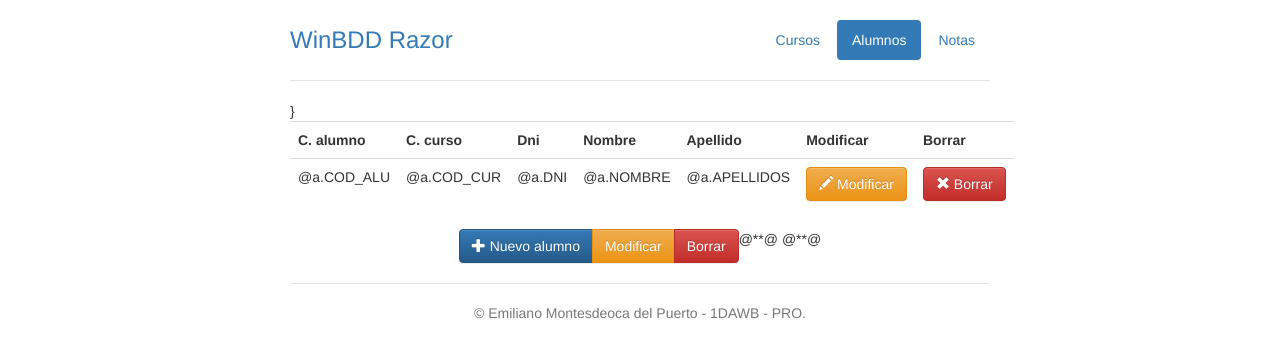
Repository: emontesdeoc/1DAWB
Page: http://localhost/Eclipse/views/alumnos.php
These files come from the project's save history. The page is drawn as it stood at one moment and after the next save; the edit follows.
The browser window is 1280 px wide. The pictures show the whole page.
The page is run by PHP 8.4 with error messages shown; the project is at /var/www/html/. Queries for data that is not in the repository find no rows.

Above is the page before, as saved 2017-05-22 10:32:56.

### PRO/Tercer trimestre/Practica/Eclipse/PracticaPHP/views/alumnos.php
<!DOCTYPE html>
<html>
<head>
    <title>PHP - Alumnos</title>
    <link href="assets/css/bootstrap.css" rel="stylesheet">
    <link href="assets/css/bootstrap-theme.css" rel="stylesheet">
    <link href="assets/css/style.css" rel="stylesheet">
    <meta name="viewport" content="width=device-width, initial-scale=1">
</head>
<body>

<?php
session_start();

if(isset($_SESSION['skip'])) {
	$skip = (int)$_SESSION ['skip'];
}else {
	$skip = 0;
}

if (isset ( $_POST ["cambiocur"] )) {
	switch ($_POST ["cambiocur"]) {
		case "|<" :
			$skip = 0;
			break;
		case "<<" :
				$skip--;
			break;
		case ">>" :
			$skip++;
			break;
		case ">|" :
			$skip = 10000;
			break;
	}
}

$mysqli2 = new mysqli ( "localhost", "root", "", "ocupacional" );
$mysqli2->set_charset ( "utf8" );
$result2 = $mysqli2->query ( "select * from cursos" );
$rowCount = $result2->num_rows;

if($skip < 0){
	$_SESSION['skip'] = 0;
	$skip = 0;

}else
{
	$_SESSION['skip'] = $skip;
	$skip = (int)$skip;
}
if((int)$skip > (int)$rowCount -1)
{
	$_SESSION['skip'] = $rowCount -1;
	$skip = (int)$rowCount -1;
}

$mysqli = new mysqli ( "localhost", "root", "", "ocupacional" );
$mysqli->set_charset ( "utf8" );
$result = $mysqli->query ( "select * from cursos limit $skip,1" );

$row = $result->fetch_row();

?>

    <div class="container">
        <div class="header clearfix">
            <nav>
                <ul class="nav nav-pills pull-right">
                    <li role="presentation"><a href="cursos.php">Cursos</a></li>
                    <li role="presentation" class="active"><a href="alumnos.php">Alumnos</a></li>
                    <li role="presentation"><a href="notas.php">Notas</a></li>
                </ul>
            </nav>
            <h3 class="text-muted"><a href="../index.html"> WinBDD Razor </a></h3>
        </div>
        <!-- @* Cursos contenedor *@ -->
        <div id="form-container" style="width:100%;">
            <form method="post" action="">
                <table class="table table-hover" style="margin-bottom: 0px;">
                    <tr>
                        <th>C. alumno</th>
                        <th>C. curso</th>
                        <th>Dni</th>
                        <th>Nombre</th>
                        <th>Apellido</th>
                        <th>Modificar</th>
                        <th>Borrar</th>
                    </tr>

                    <!-- @foreach (WinBDDRazor.bd.ALUMNO a in new WinBDDRazor.logic.alumnos().GetAllAlumnos().OrderBy(x => x.COD_ALU).Skip(Convert.ToInt32(Session["Pagination"]) * 5).Take(5).ToList())
                    { -->
                        <tr>
                            <td>@a.COD_ALU</td>
                            <td>@a.COD_CUR</td>
                            <td>@a.DNI</td>
                            <td>@a.NOMBRE</td>
                            <td>@a.APELLIDOS</td>
                            <td><button type="button" class="btn btn-warning" data-toggle="modal" data-target=".bs-modificar-modal-sm" onclick="CargarModificar('@a.COD_ALU', '@a.COD_CUR', '@a.DNI', '@a.APELLIDOS', '@a.NOMBRE');"><span class="glyphicon glyphicon-pencil" aria-hidden="true"></span> Modificar</button></td>
                            <td><button type="button" class="btn btn-danger" data-toggle="modal" data-target=".bs-borrar-modal-sm" onclick="CargarBorrar('@a.COD_ALU', '@a.COD_CUR', '@a.DNI', '@a.APELLIDOS', '@a.NOMBRE');"><span class="glyphicon glyphicon-remove" aria-hidden="true"></span> Borrar</button></td>
                        </tr>
                    }
                </table>
                <div class="text-center">
                    <div class="btn-group" role="group" aria-label="..." style="margin-bottom:10px;">

                        <!-- @for (int i = 1; i <= new WinBDDRazor.logic.alumnos().GetAllAlumnos().Count / 5 + 1; i++)
                        {

                            if (i < (new WinBDDRazor.logic.alumnos().GetAllAlumnos().Count / 5) + 1)
                            {
                                @*<button type="submit" class="btn btn-default" name="CargaPaginaAlumnos" value="@i">@i</button>*@
                                <button type="submit" class="btn btn-default" name="CargaPaginaAlumnos" value="@i">@i</button>
                            }

                            if (i == new WinBDDRazor.logic.alumnos().GetAllAlumnos().Count / 5 + 1)
                            {
                                string a = Convert.ToDouble(new WinBDDRazor.logic.alumnos().GetAllAlumnos().Count / 5.00).ToString();
                                string[] ar = a.Split(',');
                                try
                                {
                                    if (Convert.ToInt32(ar[1]) > 0)
                                    {
                                        @*<button type="submit" class="btn btn-default" name="CargaPaginaAlumnos" value="@i">@i</button>*@
                                        <button type="submit" class="btn btn-default" name="CargaPaginaAlumnos" value="@i">@i</button>
                                    }
                                }
                                catch (Exception)
                                {

                                }
                            }
                        } -->
                    </div>
                </div>

            </form>
            <div class="text-center">
                <div class="btn-group" style="text-align:center;">
                    <button type="button" class="btn btn-primary" data-toggle="modal" data-target=".bs-nuevo-modal-sm"><span class="glyphicon glyphicon-plus" aria-hidden="true"></span> Nuevo alumno</button>
                    @*<button type="submit" class="btn btn-warning" data-toggle="modal" data-target=".bs-modificar-modal-sm">Modificar</button>*@
                    @*<button type="submit" class="btn btn-danger" data-toggle="modal" data-target=".bs-borrar-modal-sm">Borrar</button>*@
                </div>
            </div>


        </div>

        <!-- @* Modal nuevo curso *@ -->
        <div class="modal fade bs-nuevo-modal-sm" tabindex="-1" role="dialog" aria-labelledby="mySmallModalLabel">
            <div class="modal-dialog modal-sm" role="document">
                <div class="modal-content">
                    <div class="text-center">
                        <h2>Nuevo alumno</h2>
                    </div>
                    <div id="modal-form-container">
                        <form method="post" action="">
                            <div class="form-group">
                                <label for="cod_alu">Codigo de alumno</label>
                                <input type="text" class="form-control" id="cod_alu" placeholder="Codigo de alumno" name="nuevo_codalu">
                            </div>
                            <div class="form-group">
                                <label for="cod_cur">Codigo de curso</label>
                                <select class="form-control" name="nuevo_codcur" id="cod_cur">
                                    <!-- @foreach (WinBDDRazor.bd.CURSO c in new WinBDDRazor.logic.cursos().GetAllCursos())
                                    { -->
                                    <option value="@c.COD_CUR">@c.DESCRIPCION</option>
                                    <!-- } -->
                                </select>
                            </div>
                            <div class="form-group">
                                <label for="dni">DNI</label>
                                <input type="text" class="form-control" id="dni" placeholder="DNI" name="nuevo_dni">
                            </div>
                            <div class="form-group">
                                <label for="apellidos">Apellidos</label>
                                <input type="text" class="form-control" id="apellidos" placeholder="Apellidos" name="nuevo_apellido">
                            </div>
                            <div class="form-group">
                                <label for="nombre">Nombre</label>
                                <input type="text" class="form-control" id="nombre" placeholder="Nombre" name="nuevo_nombre">
                            </div>
                            <div class="text-center">
                                <div class="form-group btn-group" style="margin-bottom: -15px;">
                                    <button type="submit" class="btn btn-success" name="nuevo_confirmar"><span class="glyphicon glyphicon-ok" aria-hidden="true"></span> Confirmar</button>
                                </div>
                            </div>

                        </form>
                    </div>
                </div>
            </div>
        </div>

        <!-- @* Modal modificar curso *@ -->
        <div class="modal fade bs-modificar-modal-sm" tabindex="-1" role="dialog" aria-labelledby="mySmallModalLabel">
            <div class="modal-dialog modal-sm" role="document">
                <div class="modal-content">
                    <div class="text-center">
                        <h2>Modificar alumno</h2>
                    </div>
                    <div id="modal-form-container">
                        <form method="post" action="">
                            <div class="form-group">
                                <label for="cod_alu">Codigo de alumno</label>
                                <input type="text" class="form-control" id="modificar_cod_alu" placeholder="Codigo de alumno" name="modificar_codalu" value="" readonly />
                            </div>
                            <div class="form-group">
                                <label for="cod_cur">Codigo de curso</label>
                                <select class="form-control" name="modificar_codcur" id="modificar_cod_cur">
                                    <!-- @foreach (WinBDDRazor.bd.CURSO c in new WinBDDRazor.logic.cursos().GetAllCursos())
                                    { -->
                                    <option value="@c.COD_CUR">@c.DESCRIPCION</option>
                                    <!-- } -->
                                </select>
                            </div>
                            <div class="form-group">
                                <label for="dni">DNI</label>
                                <input type="text" class="form-control" id="modificar_dni" placeholder="DNI" name="modificar_dni" value="" />
                            </div>
                            <div class="form-group">
                                <label for="apellidos">Apellidos</label>
                                <input type="text" class="form-control" id="modificar_apellidos" placeholder="Apellidos" name="modificar_apellido" value="" />
                            </div>
                            <div class="form-group">
                                <label for="nombre">Nombre</label>
                                <input type="text" class="form-control" id="modificar_nombre" placeholder="Nombre" name="modificar_nombre" value="" />
                            </div>
                            <div class="text-center">
                                <div class="form-group btn-group" style="margin-bottom: -15px;">
                                    <button type="submit" class="btn btn-success" name="modificar_confirmar"><span class="glyphicon glyphicon-ok" aria-hidden="true"></span> Confirmar</button>
                                </div>
                            </div>
                        </form>
                    </div>
                </div>
            </div>
        </div>

        <!-- @* Modal borrar curso *@ -->
        <div class="modal fade bs-borrar-modal-sm" tabindex="-1" role="dialog" aria-labelledby="mySmallModalLabel">
            <div class="modal-dialog modal-sm" role="document">
                <div class="modal-content">
                    <div class="text-center">
                        <h2>Borrar alumno</h2>
                    </div>
                    <div id="modal-form-container">
                        <form method="post" action="">
                            <div class="form-group">
                                <label for="cod_alu">Codigo de alumno</label>
                                <input type="text" class="form-control" id="borrar_cod_alu" placeholder="Codigo de alumno" name="borrar_codalu" value="" readonly />
                            </div>
                            <div class="form-group">
                                <label for="cod_cur">Codigo de curso</label>
                                <select class="form-control" name="borrar_codcur" id="borrar_cod_cur" readonly>
                                    <!-- @foreach (WinBDDRazor.bd.CURSO c in new WinBDDRazor.logic.cursos().GetAllCursos())
                                    { -->
                                    <option value="@c.COD_CUR">@c.DESCRIPCION</option>
                                    <!-- } -->
                                </select>
                            </div>
                            <div class="form-group">
                                <label for="dni">DNI</label>
                                <input type="text" class="form-control" id="borrar_dni" placeholder="DNI" name="borrar_dni" value="" readonly />
                            </div>
                            <div class="form-group">
                                <label for="apellidos">Apellidos</label>
                                <input type="text" class="form-control" id="borrar_apellidos" placeholder="Apellidos" name="borrar_apellido" value="" readonly />
                            </div>
                            <div class="form-group">
                                <label for="nombre">Nombre</label>
                                <input type="text" class="form-control" id="borrar_nombre" placeholder="Nombre" name="borrar_nombre" value="" readonly />
                            </div>
                            <div class="form-group">
                                <div class="checkbox">
                                    <label>
                                        <input type="checkbox" name="eliminar_checkbox" value="option1" aria-label="...">
                                        Confirmar para borrar curso
                                    </label>
                                </div>
                            </div>
                            <div class="text-center">
                                <div class="form-group btn-group" style="margin-bottom: -15px;">
                                    <button type="submit" class="btn btn-danger" name="borrar_confirmar"><span class="glyphicon glyphicon-remove" aria-hidden="true"></span> Confirmar</button>
                                </div>
                            </div>
                        </form>
                    </div>
                </div>
            </div>
        </div>

        <footer class="footer">
            <p style="text-align:center">&copy; Emiliano Montesdeoca del Puerto - 1DAWB - PRO.</p>
        </footer>
    </div>
    <!-- /container -->
    <!-- jQuery (necessary for Bootstrap's JavaScript plugins) -->
    <script src="https://ajax.googleapis.com/ajax/libs/jquery/1.12.4/jquery.min.js"></script>
    <!-- Include all compiled plugins (below), or include individual files as needed -->
    <script src="assets/js/bootstrap.js"></script>

    <!-- @* Javascript necesario para no hacer postback *@ -->
    <script type="text/javascript" language="javascript">
        function CargarModificar(codalu, codcur, dni, apellidos, nombre) {
            document.getElementById("modificar_cod_alu").setAttribute('value', codalu);
            document.getElementById("modificar_cod_cur").setAttribute('value', codcur);
            document.getElementById("modificar_dni").setAttribute('value', dni);
            document.getElementById("modificar_apellidos").setAttribute('value', apellidos);
            document.getElementById("modificar_nombre").setAttribute('value', nombre);

            var element = document.getElementById('modificar_cod_cur');
            element.value = codcur;
        }
    </script>

    <!-- @* Javascript necesario para no hacer postback *@ -->
    <script type="text/javascript" language="javascript">
        function CargarBorrar(codalu, codcur, dni, apellidos, nombre) {
            document.getElementById("borrar_cod_alu").setAttribute('value', codalu);
            document.getElementById("borrar_cod_cur").setAttribute('value', codcur);
            document.getElementById("borrar_dni").setAttribute('value', dni);
            document.getElementById("borrar_apellidos").setAttribute('value', apellidos);
            document.getElementById("borrar_nombre").setAttribute('value', nombre);

            var element = document.getElementById('borrar_cod_cur');
            element.value = codcur;
        }
    </script>
</body>
</html>

### PRO/Tercer trimestre/Practica/Eclipse/PracticaPHP/views/assets/css/style.css
/* Space out content a bit */
body {
    padding-top: 20px;
    padding-bottom: 20px;
}

/* Everything but the jumbotron gets side spacing for mobile first views */
.header,
.marketing,
.footer {
    padding-right: 15px;
    padding-left: 15px;
}

/* Custom page header */
.header {
    padding-bottom: 20px;
    border-bottom: 1px solid #e5e5e5;
}
    /* Make the masthead heading the same height as the navigation */
    .header h3 {
        margin-top: 0;
        margin-bottom: 0;
        line-height: 40px;
    }

/* Custom page footer */
.footer {
    padding-top: 19px;
    color: #777;
    border-top: 1px solid #e5e5e5;
}

#form-container {
    width: 43%;
    margin: 0 auto;
    margin-bottom: 20px;
}

#modal-form-container {
    margin: 0 auto;
    margin-bottom: 20px;
    padding: 20px;
}

/* Customize container */
@media (min-width: 768px) {
    .container {
        max-width: 730px;
    }
}

.container-narrow > hr {
    margin: 30px 0;
}

/* Main marketing message and sign up button */
.jumbotron {
    text-align: center;
    border-bottom: 1px solid #e5e5e5;
}

    .jumbotron .btn {
        padding: 7px 17px;
        font-size: 17px;
    }

/* Supporting marketing content */
.marketing {
    margin: 40px 0;
}

    .marketing p + h4 {
        margin-top: 28px;
    }

/* Responsive: Portrait tablets and up */
@media screen and (min-width: 768px) {
    /* Remove the padding we set earlier */
    .header,
    .marketing,
    .footer {
        padding-right: 0;
        padding-left: 0;
    }
    /* Space out the masthead */
    .header {
        margin-bottom: 20px;
    }
    /* Remove the bottom border on the jumbotron for visual effect */
    .jumbotron {
        border-bottom: 0;
    }
}

Loaded but not shown: PRO/Tercer trimestre/Practica/Eclipse/PracticaPHP/views/assets/css/bootstrap.css (library); PRO/Tercer trimestre/Practica/Eclipse/PracticaPHP/views/assets/css/bootstrap-theme.css (library); PRO/Tercer trimestre/Practica/Eclipse/PracticaPHP/views/assets/js/bootstrap.js (library)

After the next save:
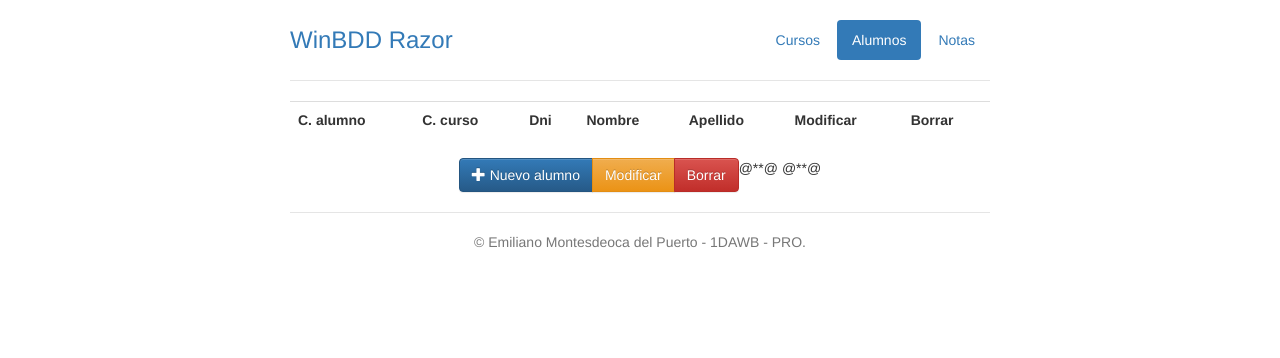
Saved 8 min 26 s later.
--- a/PRO/Tercer trimestre/Practica/Eclipse/PracticaPHP/views/alumnos.php
+++ b/PRO/Tercer trimestre/Practica/Eclipse/PracticaPHP/views/alumnos.php
@@ -12,52 +12,10 @@
 <?php
 session_start();
 
-if(isset($_SESSION['skip'])) {
-	$skip = (int)$_SESSION ['skip'];
-}else {
-	$skip = 0;
-}
-
-if (isset ( $_POST ["cambiocur"] )) {
-	switch ($_POST ["cambiocur"]) {
-		case "|<" :
-			$skip = 0;
-			break;
-		case "<<" :
-				$skip--;
-			break;
-		case ">>" :
-			$skip++;
-			break;
-		case ">|" :
-			$skip = 10000;
-			break;
-	}
-}
-
-$mysqli2 = new mysqli ( "localhost", "root", "", "ocupacional" );
-$mysqli2->set_charset ( "utf8" );
-$result2 = $mysqli2->query ( "select * from cursos" );
-$rowCount = $result2->num_rows;
-
-if($skip < 0){
-	$_SESSION['skip'] = 0;
-	$skip = 0;
-
-}else
-{
-	$_SESSION['skip'] = $skip;
-	$skip = (int)$skip;
-}
-if((int)$skip > (int)$rowCount -1)
-{
-	$_SESSION['skip'] = $rowCount -1;
-	$skip = (int)$rowCount -1;
-}
-
 $mysqli = new mysqli ( "localhost", "root", "", "ocupacional" );
 $mysqli->set_charset ( "utf8" );
-$result = $mysqli->query ( "select * from cursos limit $skip,1" );
+$result = $mysqli->query ( "select * from alumnos" );
+$rowCount = $result->num_rows;
 
 $row = $result->fetch_row();
 
@@ -88,18 +46,21 @@ $row = $result->fetch_row();
                         <th>Borrar</th>
                     </tr>
 
-                    <!-- @foreach (WinBDDRazor.bd.ALUMNO a in new WinBDDRazor.logic.alumnos().GetAllAlumnos().OrderBy(x => x.COD_ALU).Skip(Convert.ToInt32(Session["Pagination"]) * 5).Take(5).ToList())
-                    { -->
-                        <tr>
-                            <td>@a.COD_ALU</td>
-                            <td>@a.COD_CUR</td>
-                            <td>@a.DNI</td>
-                            <td>@a.NOMBRE</td>
-                            <td>@a.APELLIDOS</td>
-                            <td><button type="button" class="btn btn-warning" data-toggle="modal" data-target=".bs-modificar-modal-sm" onclick="CargarModificar('@a.COD_ALU', '@a.COD_CUR', '@a.DNI', '@a.APELLIDOS', '@a.NOMBRE');"><span class="glyphicon glyphicon-pencil" aria-hidden="true"></span> Modificar</button></td>
-                            <td><button type="button" class="btn btn-danger" data-toggle="modal" data-target=".bs-borrar-modal-sm" onclick="CargarBorrar('@a.COD_ALU', '@a.COD_CUR', '@a.DNI', '@a.APELLIDOS', '@a.NOMBRE');"><span class="glyphicon glyphicon-remove" aria-hidden="true"></span> Borrar</button></td>
-                        </tr>
+                    <?php
+
+                    while($results = mysqli_fetch_assoc($result)) {
+                    	printf("<tr>");
+                    	printf("<td>@a.COD_ALU</td>");
+                    	printf("<td>@a.COD_CUR</td>");
+                    	printf("<td>@a.DNI</td>");
+                    	printf("<td>@a.NOMBRE</td>");
+                    	printf("<td>@a.APELLIDOS</td>");
+                    	printf("<td><button type=\"button\" class=\"btn btn-warning\" data-toggle=\"modal\" data-target=\".bs-modificar-modal-sm\" onclick=\"CargarModificar('@a.COD_ALU', '@a.COD_CUR', '@a.DNI', '@a.APELLIDOS', '@a.NOMBRE');\"><span class=\"glyphicon glyphicon-pencil\" aria-hidden=\"true\"></span> Modificar</button></td>");
+                    	printf("<td><button type=\"button\" class=\"btn btn-danger\" data-toggle=\"modal\" data-target=\".bs-borrar-modal-sm\" onclick=\"CargarBorrar('@a.COD_ALU', '@a.COD_CUR', '@a.DNI', '@a.APELLIDOS', '@a.NOMBRE');\"><span class=\"glyphicon glyphicon-remove\" aria-hidden=\"true\"></span> Borrar</button></td>");
+
                     }
+
+                    ?>
                 </table>
                 <div class="text-center">
                     <div class="btn-group" role="group" aria-label="..." style="margin-bottom:10px;">
